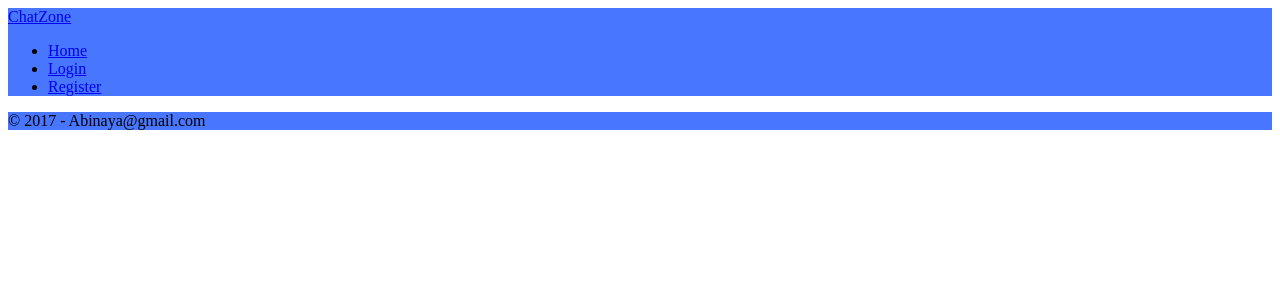
Repository: Abinayasivapraba/ChatProject
Page: FireChat/WebContent/Home/Header.html
An editor plug-in stored every save of this project. The page is shown before and after the next save, followed by the edit.
The browser window is 1280 px wide. The pictures show the whole page.

Above is the page before, as saved 2017-08-12 08:31:46.

After the next save:
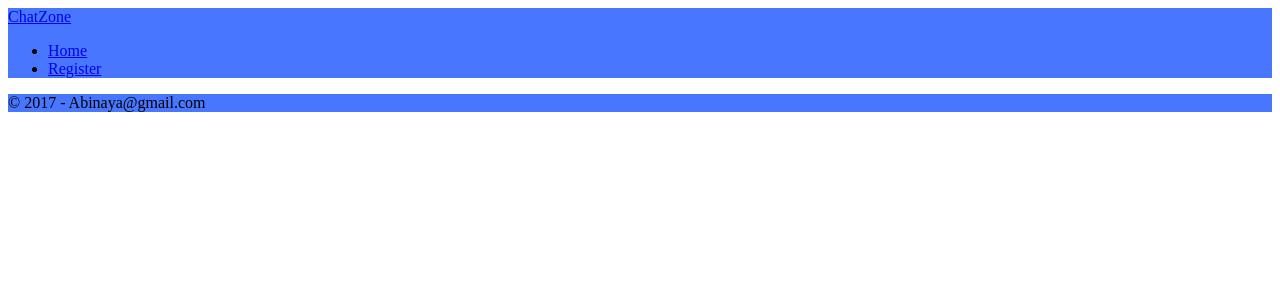
Saved 6 h 4 min later.
--- a/FireChat/WebContent/Home/Header.html
+++ b/FireChat/WebContent/Home/Header.html
@@ -14,7 +14,6 @@
     </div>
     <ul class="nav navbar-nav">
       <li class="active"><a href="#/home">Home</a></li>
-      <li ng-hide="currentuser.userid"><a href="#/login">Login</a></li>
 
 
 
